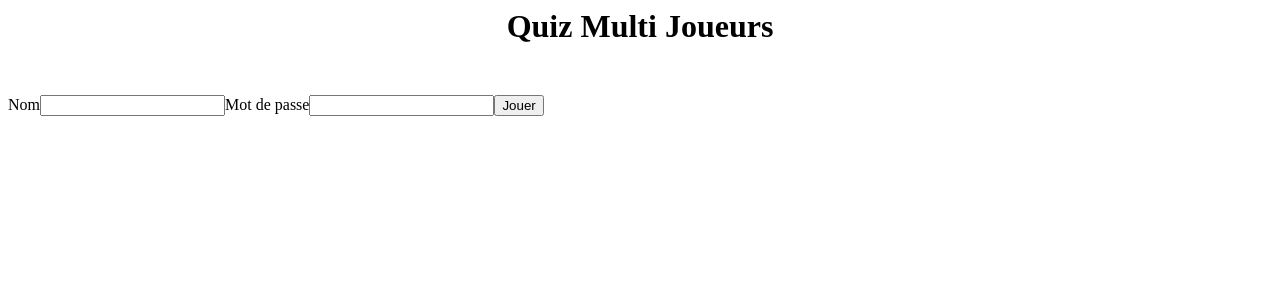
Repository: Serge-D/jeu_mj
Page: http://localhost/
The author's editor kept a copy of each file at every save. The page is drawn from the files as they stood at one save, then again after a run of saves.
The browser window is 1280 px wide. The pictures show the whole page.
The page is served by the project's Node server (server.js).

Above is the page before, as saved 2020-02-06 13:55:10.

After the next 2 saves:
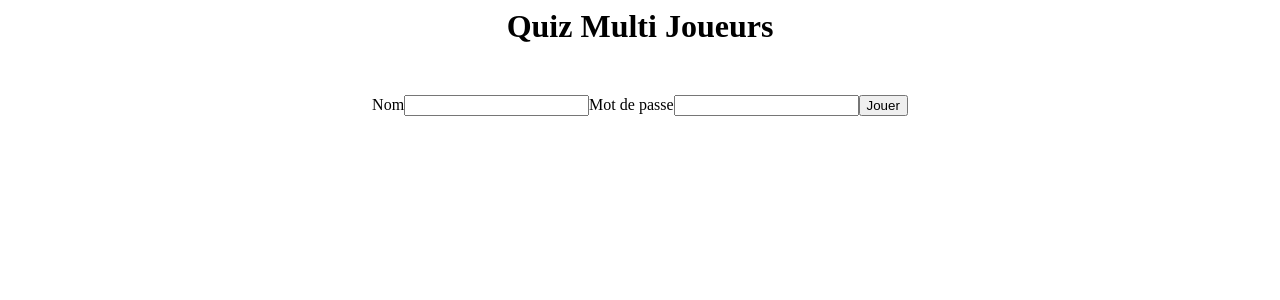
The 2 saves are shown as one change because they came seconds apart.
The last was saved 2 min 38 s later.
--- a/views/home.pug
+++ b/views/home.pug
@@ -2,8 +2,8 @@ include includes/head.pug
 
 
 
-#formulaire
-form(action='' method='get')
+
+form#formulaire(action='' method='get')
     label(for='name') Nom
     input#nameJ1(type='text' name='name')
     label(for='mdp') Mot de passe
